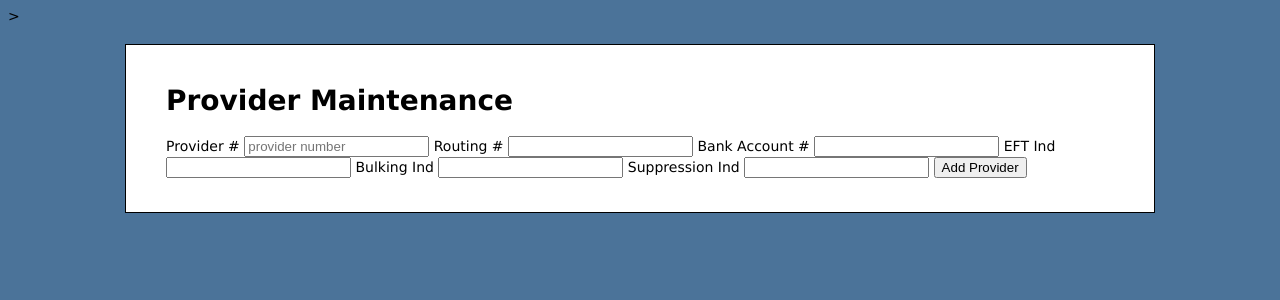
Repository: parthiban-srinivasan/pegademoproviderapi
Page: public/index.html
The author's editor kept a record of every edit. The page is drawn from the files as they stood at one moment, then again after the next edit.
The browser window is 1280 px wide. The pictures show the whole page.
The page's requests for data from a server got no answer. Some web libraries are served in a nearby version.

Above is the page before.

After the next edit:
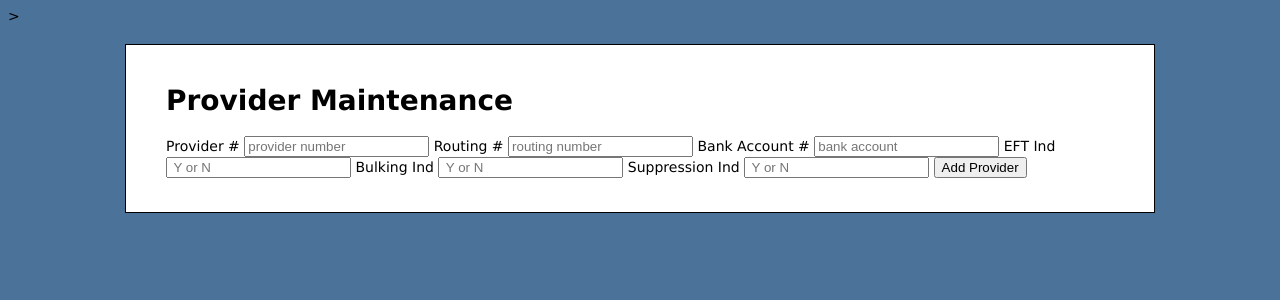
The edit:
--- a/public/index.html
+++ b/public/index.html
@@ -56,11 +56,11 @@
       <h1>Provider Maintenance</h1>
       <form id="new_provider">
         Provider # <input type="string" name="provider[provider_num]" placeholder="provider number" id="provider_provider_num">
-        Routing # <input type="integer" name="provider[routing_num]" id="provider_routing_num">
-        Bank Account # <input type="integer" name="provider[bank_account_num]" id="provider_bank_account_num">
-        EFT Ind <input type="string" name="provider[eft_ind]" id="provider_eft_ind">
-        Bulking Ind <input type="string" name="provider[bulking_ind]" id="provider_bulking_ind">
-        Suppression Ind <input type="string" name="provider[supression_ind]" id="provider_suppression_ind">
+        Routing # <input type="integer" name="provider[routing_num]" placeholder="routing number" id="provider_routing_num">
+        Bank Account # <input type="integer" name="provider[bank_account_num]" placeholder="bank account" id="provider_bank_account_num">
+        EFT Ind <input type="string" name="provider[eft_ind]" placeholder=" Y or N" id="provider_eft_ind">
+        Bulking Ind <input type="string" name="provider[bulking_ind]"  placeholder=" Y or N" id="provider_bulking_ind">
+        Suppression Ind <input type="string" name="provider[supression_ind]" placeholder=" Y or N" id="provider_suppression_ind">
         <input type="submit" value="Add Provider">
       </form>
       <ul id="providers"></ul>
